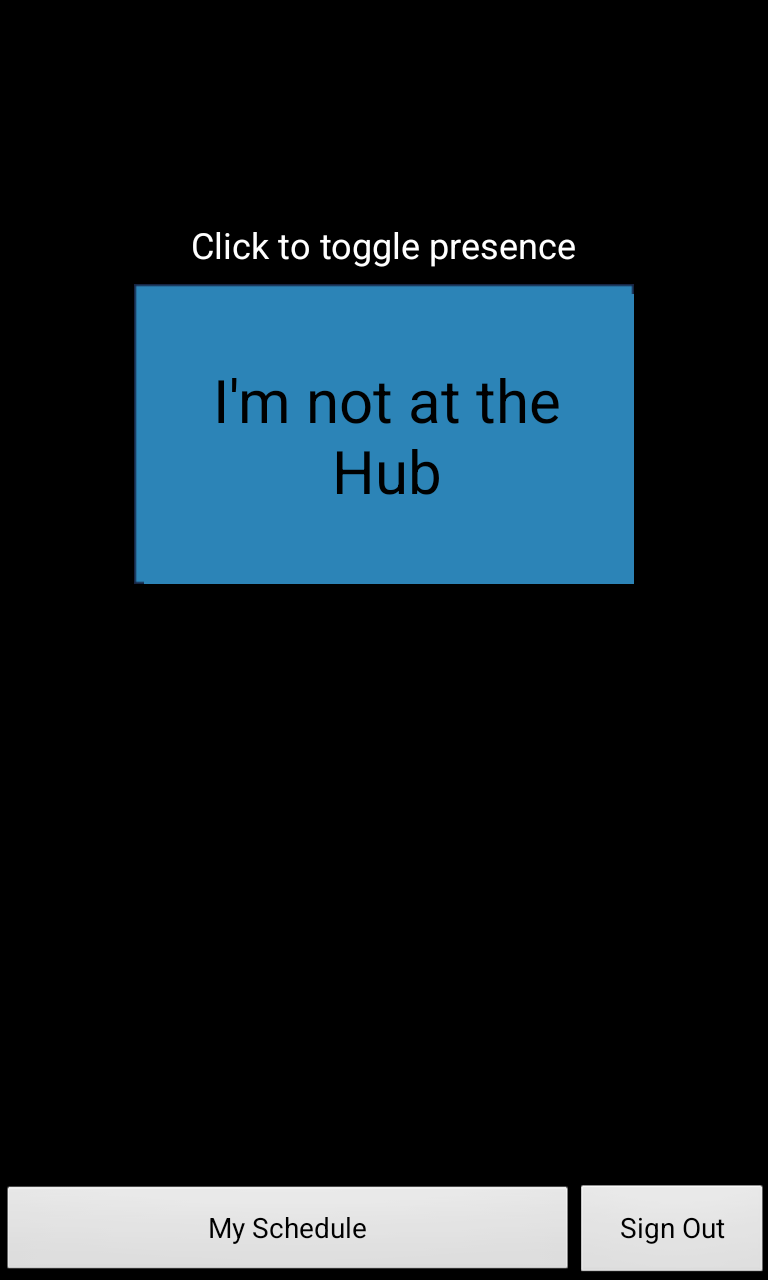
Repository: appsfactory/OfficeHours
Layout: OfficeHoursClient/res/layout/activity_sign__in.xml
An editor plug-in stored every save of this project. The layout is shown before and after the next save, followed by the edit.
It is drawn on a 768 x 1280 px phone screen (xhdpi) without system bars, with theme AppTheme; the app's code is not run.

Above is the layout before, as saved 2012-10-05 17:51:05.

After the next save:
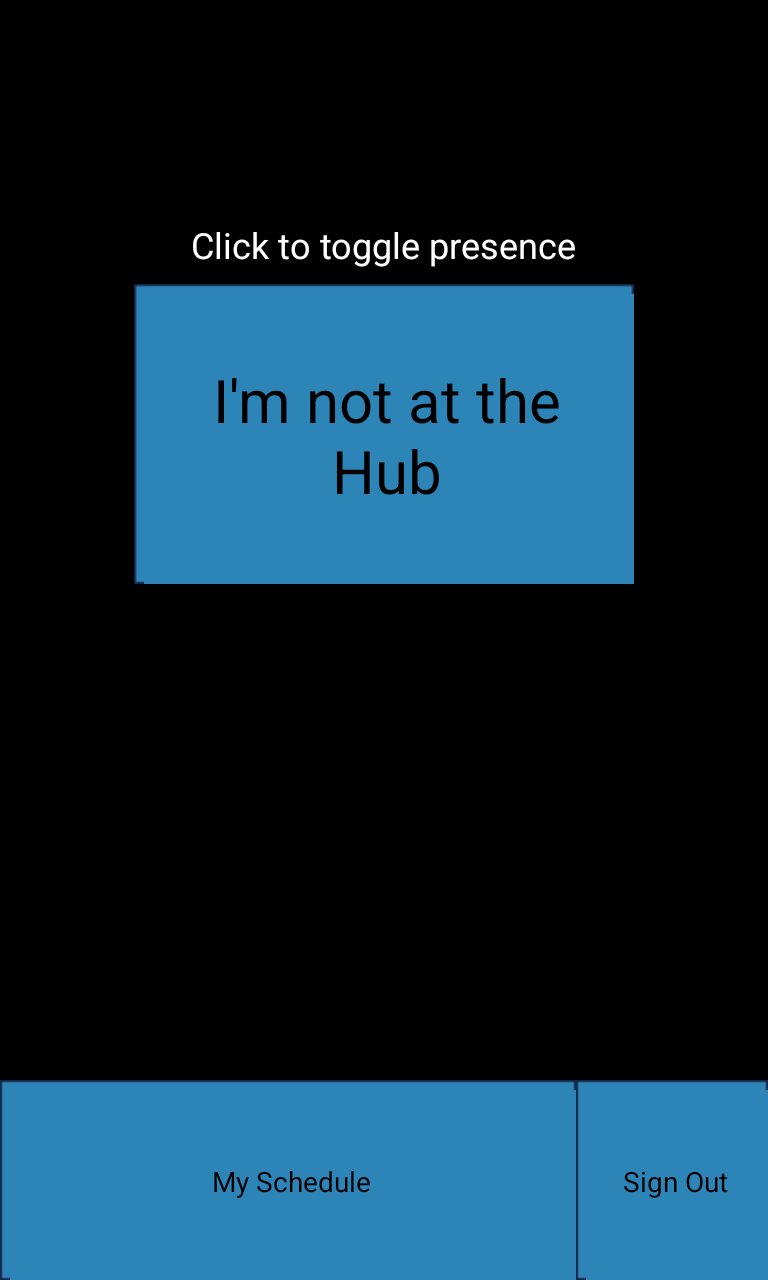
Saved 6 s later.
--- a/OfficeHoursClient/res/layout/activity_sign__in.xml
+++ b/OfficeHoursClient/res/layout/activity_sign__in.xml
@@ -36,7 +36,8 @@
         android:layout_alignTop="@+id/button1"
         android:layout_toRightOf="@+id/textView1"
         android:onClick="logOut"
-        android:text="Sign Out" />
+        android:text="Sign Out"
+        android:background="@drawable/button_blue" />
 
     <Button
         android:id="@+id/button1"
@@ -46,6 +47,7 @@
         android:layout_alignParentLeft="true"
         android:layout_toLeftOf="@+id/button2"
         android:onClick="viewSchedule"
-        android:text="@string/schedule_button" />
+        android:text="@string/schedule_button"
+        android:background="@drawable/button_blue" />
 
 </RelativeLayout>
